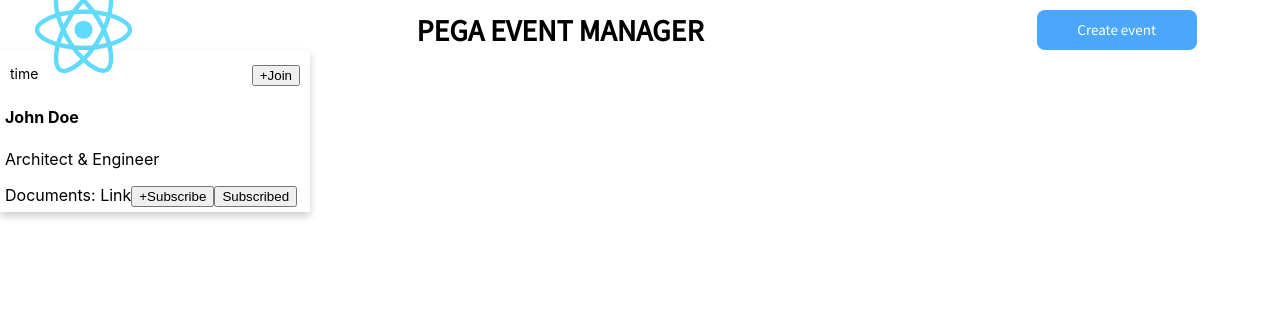
Repository: SasiVeeramachaneni/eventmanager
Page: /
An editor plug-in stored every save of this project. The page is shown before and after the next save, followed by the edit.
The browser window is 1280 px wide. The pictures show the whole page.
The project was rebuilt for these pictures with package versions that can differ from the ones it lists, and the page was loaded fresh each time.

Above is the page before, as saved 2020-08-19 14:25:59.

After the next save:
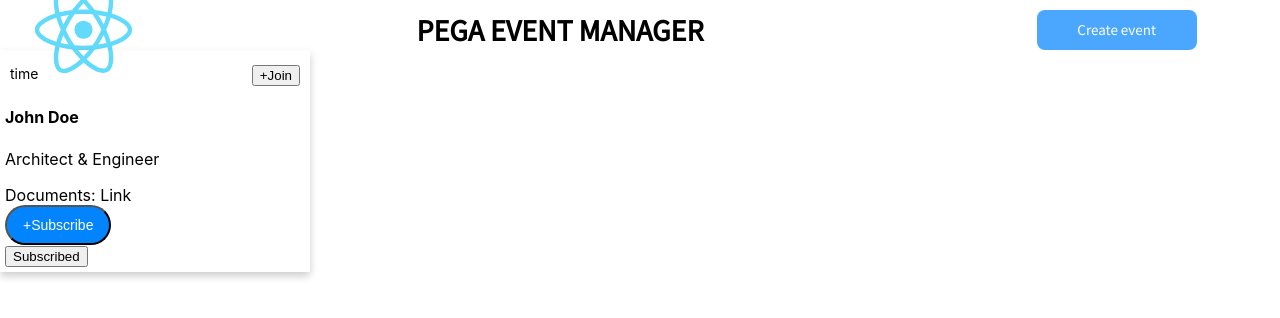
Saved 2 min 4 s later.
--- a/src/Card.css
+++ b/src/Card.css
@@ -26,3 +26,19 @@
 
   .joinB {
   }
+
+  .subscribe {
+      margin-right: 1rem;
+      flex: 1;
+      border-radius: 1000rem;
+      font-size: 14px;
+      background: #0284FE;
+      color: #FFF;
+      height: 2.5rem;
+      position: relative;
+      padding-right: 1rem;
+      padding-left:1rem;
+      align-items: center;
+      display: flex;
+
+  }
